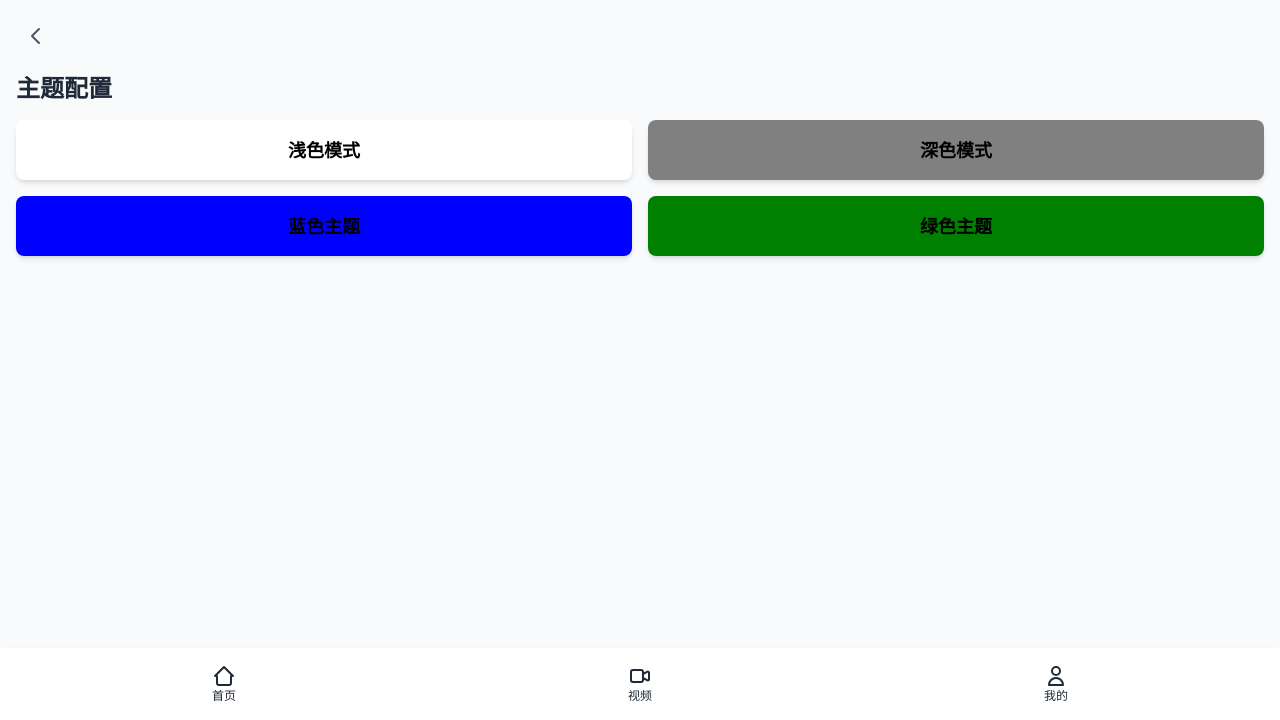
Repository: Look625/simpleNewsForAIRace
Page: /profile/theme-config
These files come from the project's save history. The page is drawn as it stood at one moment and after the next save; the edit follows.
The browser window is 1280 px wide. The pictures show the whole page.
The project was rebuilt for these pictures with package versions that can differ from the ones it lists, and the page was loaded fresh each time. Also part of the build but not shown: vite.config.ts.

Above is the page before, as saved 2025-02-26 10:33:09.

### index.html
<!DOCTYPE html>
<html lang="en">
  <head>
    <meta charset="UTF-8" />
    <link rel="icon" type="image/svg+xml" href="/vite.svg" />
    <meta name="viewport" content="width=device-width, initial-scale=1.0" />
    <title>MyAPP</title>
  </head>
  <body>
    <div id="app"></div>
    <script type="module" src="/src/main.ts"></script>
  </body>
</html>

### src/main.ts
import { createApp } from 'vue'
import { createPinia } from 'pinia'
import App from './App.vue'
import router from './router'
import './index.css'
import './assets/theme.css'

const app = createApp(App)
app.use(createPinia())
app.use(router)
app.mount('#app')

### src/App.vue
<template>
  <div id="app">
    <router-view />
    <TabBar />
  </div>
</template>

<script setup lang="ts">
import TabBar from '@/components/TabBar.vue'
</script>

<style>
/* 这里可以添加全局样式 */
</style>

### src/router/index.ts
import { createRouter, createWebHistory } from 'vue-router'
import type { RouteRecordRaw } from 'vue-router'

const routes: RouteRecordRaw[] = [
  {
    path: '/',
    name: 'Home',
    component: () => import('@/views/Home.vue'),
    meta: {
      title: '首页'
    }
  },
  {
    path: '/video',
    name: 'Video',
    component: () => import('@/views/Video.vue'),
    meta: {
      title: '视频'
    }
  },
  {
    path: '/video/:id',
    name: 'VideoDetail',
    component: () => import('@/views/VideoDetail.vue'),
    meta: {
      title: '视频详情'
    }
  },
  {
    path: '/profile',
    name: 'Profile',
    component: () => import('@/views/Profile.vue'),
    meta: {
      title: '我的'
    }
  },
  {
    path: '/profile/edit',
    name: 'ProfileEdit',
    component: () => import('@/views/ProfileEdit.vue'),
    meta: {
      title: '编辑个人资料'
    }
  },
  {
    path: '/profile/theme-config',
    name: 'ThemeConfig',
    component: () => import('@/views/ThemeConfig.vue'),
    meta: {
      title: '主题配置'
    }
  },
  {
    path: '/article/:id',
    name: 'Article',
    component: () => import('@/views/Article.vue'),
    meta: {
      title: '文章详情'
    }
  }
]

const router = createRouter({
  history: createWebHistory(),
  routes,
  scrollBehavior(to, from, savedPosition) {
    if (savedPosition) {
      return savedPosition
    } else {
      return { top: 0 }
    }
  }
})

export default router

### src/index.css
@tailwind base;
@tailwind components;
@tailwind utilities;

html, body {
  height: 100%;
}

#app {
  min-height: 100%;
}

### src/assets/theme.css
/* 浅色主题 */
[data-theme='light'] {
  --bg-primary: theme('colors.white');
  --text-primary: theme('colors.gray.800');
}

/* 深色主题 */
[data-theme='dark'] {
  --bg-primary: theme('colors.gray.900');
  --text-primary: theme('colors.gray.100');
}

/* 蓝色主题 */
[data-theme='blue'] {
  --bg-primary: theme('colors.blue.50');
  --text-primary: theme('colors.blue.900');
}

/* 绿色主题 */
[data-theme='green'] {
  --bg-primary: theme('colors.green.50');
  --text-primary: theme('colors.green.900');
}

/* 自定义主题 */
[data-theme='custom'] {
  --bg-primary: var(--custom-background);
  --text-primary: var(--custom-text);
}

/* 应用主题颜色 */
body {
  background-color: var(--bg-primary);
  color: var(--text-primary);
}

.theme-primary {
  background-color: var(--custom-primary);
}

.theme-secondary {
  background-color: var(--custom-secondary);
}

/* 导航栏主题样式 */
[data-theme='light'] .tab-bar {
  --nav-bg: theme('colors.white');
  --nav-text: theme('colors.gray.500');
  --nav-active: theme('colors.blue.500');
}

[data-theme='dark'] .tab-bar {
  --nav-bg: theme('colors.gray.900');
  --nav-text: theme('colors.gray.400');
  --nav-active: theme('colors.blue.400');
}

[data-theme='blue'] .tab-bar {
  --nav-bg: theme('colors.blue.50');
  --nav-text: theme('colors.blue.600');
  --nav-active: theme('colors.blue.500');
}

[data-theme='green'] .tab-bar {
  --nav-bg: theme('colors.green.50');
  --nav-text: theme('colors.green.600');
  --nav-active: theme('colors.green.500');
}

[data-theme='custom'] .tab-bar {
  --nav-bg: var(--custom-background);
  --nav-text: var(--custom-text);
  --nav-active: var(--custom-primary);
}

### src/components/TabBar.vue
<template>
  <footer :class="['fixed bottom-0 left-0 right-0 shadow-md z-100', currentThemeClass]">
    <div class="flex justify-around p-4">
      <router-link to="/" class="flex flex-col items-center" active-class="text-blue-500">
        <svg class="w-6 h-6" fill="none" stroke="currentColor" viewBox="0 0 24 24">
          <path stroke-linecap="round" stroke-linejoin="round" stroke-width="2" d="M3 12l9-9 9 9M5 12v7a2 2 0 002 2h10a2 2 0 002-2v-7" />
        </svg>
        <span class="text-xs">首页</span>
      </router-link>
      <router-link to="/video" class="flex flex-col items-center" active-class="text-blue-500">
        <svg class="w-6 h-6" fill="none" stroke="currentColor" viewBox="0 0 24 24">
          <path stroke-linecap="round" stroke-linejoin="round" stroke-width="2" d="M15 10l4.553-2.276A1 1 0 0121 8.618v6.764a1 1 0 01-1.447.894L15 14M5 18h8a2 2 0 002-2V8a2 2 0 00-2-2H5a2 2 0 00-2 2v8a2 2 0 002 2z" />
        </svg>
        <span class="text-xs">视频</span>
      </router-link>
      <router-link to="/profile" class="flex flex-col items-center" active-class="text-blue-500">
        <svg class="w-6 h-6" fill="none" stroke="currentColor" viewBox="0 0 24 24">
          <path stroke-linecap="round" stroke-linejoin="round" stroke-width="2" d="M16 7a4 4 0 11-8 0 4 4 0 018 0zM12 14a7 7 0 00-7 7h14a7 7 0 00-7-7z" />
        </svg>
        <span class="text-xs">我的</span>
      </router-link>
    </div>
  </footer>
</template>

<script setup lang="ts">
import { computed } from 'vue'
import { useRoute } from 'vue-router'
import { useThemeStore } from '@/stores/theme'

const route = useRoute()
const themeStore = useThemeStore()
const currentThemeClass = computed(() => {
  switch (themeStore.currentTheme) {
    case 'light':
      return 'bg-white text-gray-800'
    case 'dark':
      return 'bg-gray-800 text-white'
    case 'blue':
      return 'bg-blue-500 text-white'
    case 'green':
      return 'bg-green-500 text-white'
    default:
      return 'bg-white text-gray-800'
  }
})
</script>

<style scoped>
footer {
  z-index: 100; /* 确保 TabBar 在其他内容之上 */
  box-shadow: 0 2px 4px rgba(0, 0, 0, 0.1); /* 添加阴影效果 */
}
</style>

### src/views/ThemeConfig.vue
<template>
  <div class="theme-config min-h-screen bg-gray-50 p-4">
    <!-- 返回按钮 -->
    <button @click="router.back()" class="mb-4 text-gray-600 hover:bg-gray-100 p-2 rounded-full">
      <svg class="w-6 h-6" fill="none" stroke="currentColor" viewBox="0 0 24 24">
        <path stroke-linecap="round" stroke-linejoin="round" stroke-width="2" d="M15 19l-7-7 7-7" />
      </svg>
    </button>

    <h1 class="text-2xl font-bold mb-4 text-gray-800">主题配置</h1>
    <div class="grid grid-cols-2 gap-4">
      <button
        v-for="theme in themes"
        :key="theme.value"
        class="p-4 rounded-lg shadow-md transition-transform transform hover:scale-105"
        :style="{ background: theme.bgColor, color: theme.value === 'custom' ? 'white' : 'black' }"
        @click="applyTheme(theme.value)"
      >
        <h2 class="text-lg font-semibold">{{ theme.label }}</h2>
      </button>
    </div>
  </div>
</template>

<script setup lang="ts">
import { ref } from 'vue'
import { useRouter } from 'vue-router'
import { useThemeStore } from '@/stores/theme'

const router = useRouter()
const themeStore = useThemeStore()

const themes = ref([
  { label: '浅色模式', value: 'light', bgClass: 'bg-white text-gray-800', bgColor: 'white' },
  { label: '深色模式', value: 'dark', bgClass: 'bg-gray-800 text-white', bgColor: 'gray' },
  { label: '蓝色主题', value: 'blue', bgClass: 'bg-blue-500 text-white', bgColor: 'blue' },
  { label: '绿色主题', value: 'green', bgClass: 'bg-green-500 text-white', bgColor: 'green' },
  // { label: '自定义主题', value: 'custom', bgClass: 'theme-primary text-white', bgColor: 'purple' },
])

const applyTheme = (themeName: string) => {
  themeStore.saveThemeConfig(themeName, themeStore.customColors)
  console.log(`应用主题: ${themeName}`)
}
</script>

<style scoped>
.theme-config {
  background-color: #f9fafb; /* 背景色 */
}
</style>

### src/stores/theme.ts
import { defineStore } from 'pinia'

export type ThemeType = 'light' | 'dark' | 'blue' | 'green' | 'custom'

export interface ThemeOption {
  label: string
  value: ThemeType
  bgClass: string
  active: boolean
  order: number
}

export type ThemeColors = {
  primary: string
  secondary: string
  background: string
  text: string
}

interface ThemeState {
  currentTheme: ThemeType
  customColors: ThemeColors
  themeOptions: ThemeOption[]
}

const defaultCustomColors: ThemeColors = {
  primary: '#3b82f6',
  secondary: '#60a5fa',
  background: '#ffffff',
  text: '#1f2937'
}

const defaultThemeOptions: ThemeOption[] = [
  { label: '浅色模式', value: 'light', bgClass: 'bg-white text-gray-800', active: true, order: 0 },
  { label: '深色模式', value: 'dark', bgClass: 'bg-gray-800 text-white', active: true, order: 1 },
  { label: '蓝色主题', value: 'blue', bgClass: 'bg-blue-500 text-white', active: true, order: 2 },
  { label: '绿色主题', value: 'green', bgClass: 'bg-green-500 text-white', active: true, order: 3 },
  { label: '自定义主题', value: 'custom', bgClass: 'theme-primary text-white', active: true, order: 4 }
]

export const useThemeStore = defineStore('theme', {
  state: (): ThemeState => ({
    currentTheme: (localStorage.getItem('theme') as ThemeType) || 'light',
    customColors: JSON.parse(localStorage.getItem('customColors') || JSON.stringify(defaultCustomColors)),
    themeOptions: JSON.parse(localStorage.getItem('themeOptions') || JSON.stringify(defaultThemeOptions))
  }),
  getters: {
    activeThemes: (state) => {
      return state.themeOptions
        .filter(theme => theme.active)
        .sort((a, b) => a.order - b.order)
        .slice(0, 5)
    }
  },
  actions: {
    setTheme(theme: ThemeType) {
      this.currentTheme = theme
      document.documentElement.setAttribute('data-theme', theme)
      localStorage.setItem('theme', theme)

      // 应用主题颜色
      if (theme === 'light') {
        document.documentElement.style.setProperty('--bg-primary', '#ffffff');
        document.documentElement.style.setProperty('--text-primary', '#1f2937');
      } else if (theme === 'dark') {
        document.documentElement.style.setProperty('--bg-primary', '#1f2937');
        document.documentElement.style.setProperty('--text-primary', '#ffffff');
      } else if (theme === 'blue') {
        document.documentElement.style.setProperty('--bg-primary', '#3b82f6');
        document.documentElement.style.setProperty('--text-primary', '#ffffff');
      } else if (theme === 'green') {
        document.documentElement.style.setProperty('--bg-primary', '#22c55e');
        document.documentElement.style.setProperty('--text-primary', '#ffffff');
      }
    },
    saveThemeConfig(theme: ThemeType, colors: Partial<ThemeColors>) {
      this.setTheme(theme)
      this.setCustomColors(colors)
    },
    setCustomColors(colors: Partial<ThemeColors>) {
      this.customColors = { ...this.customColors, ...colors }
      localStorage.setItem('customColors', JSON.stringify(this.customColors))
      if (this.currentTheme === 'custom') {
        this.applyCustomColors()
      }
    },
    applyCustomColors() {
      const root = document.documentElement
      root.style.setProperty('--custom-primary', this.customColors.primary)
      root.style.setProperty('--custom-secondary', this.customColors.secondary)
      root.style.setProperty('--custom-background', this.customColors.background)
      root.style.setProperty('--custom-text', this.customColors.text)
    },
    updateThemeOptions(options: ThemeOption[]) {
      this.themeOptions = options
      localStorage.setItem('themeOptions', JSON.stringify(options))
    },
    toggleTheme(value: ThemeType) {
      const theme = this.themeOptions.find(t => t.value === value)
      if (theme) {
        theme.active = !theme.active
        localStorage.setItem('themeOptions', JSON.stringify(this.themeOptions))
      }
    },
    reorderThemes(fromIndex: number, toIndex: number) {
      const themes = [...this.themeOptions]
      const [removed] = themes.splice(fromIndex, 1)
      themes.splice(toIndex, 0, removed)
      themes.forEach((theme, index) => {
        theme.order = index
      })
      this.themeOptions = themes
      localStorage.setItem('themeOptions', JSON.stringify(themes))
    }
  }
})

### tailwind.config.js
/** @type {import('tailwindcss').Config} */
export default {
  content: [
    "./index.html",
    "./src/**/*.{vue,js,ts,jsx,tsx}",
  ],
  theme: {
    extend: {
      colors: {
        // 定义主题颜色
        primary: {
          light: '#ffffff',
          dark: '#1a1a1a',
          blue: '#3b82f6',
          green: '#22c55e'
        }
      }
    },
  },
  plugins: [],
}

After the next save:
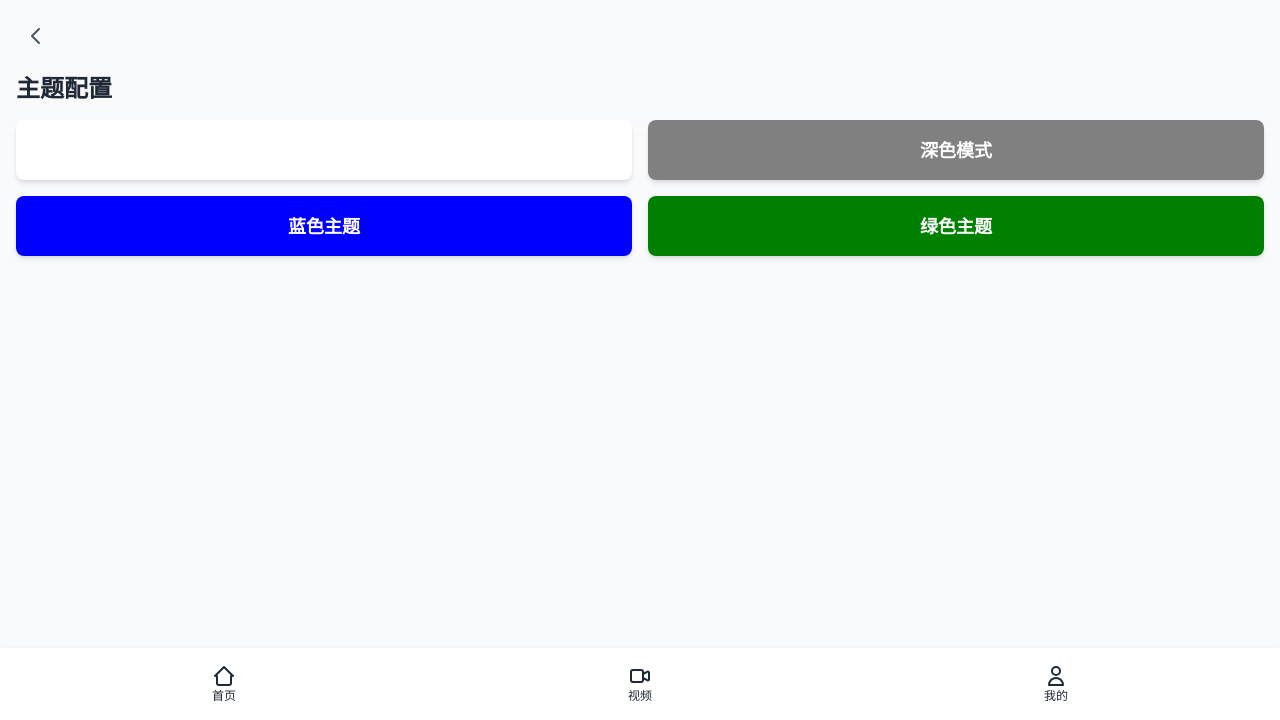
Saved 54 s later.
--- a/src/views/ThemeConfig.vue
+++ b/src/views/ThemeConfig.vue
@@ -13,7 +13,7 @@
         v-for="theme in themes"
         :key="theme.value"
         class="p-4 rounded-lg shadow-md transition-transform transform hover:scale-105"
-        :style="{ background: theme.bgColor, color: theme.value === 'custom' ? 'white' : 'black' }"
+        :style="{ background: theme.bgColor, color: 'white' }"
         @click="applyTheme(theme.value)"
       >
         <h2 class="text-lg font-semibold">{{ theme.label }}</h2>
